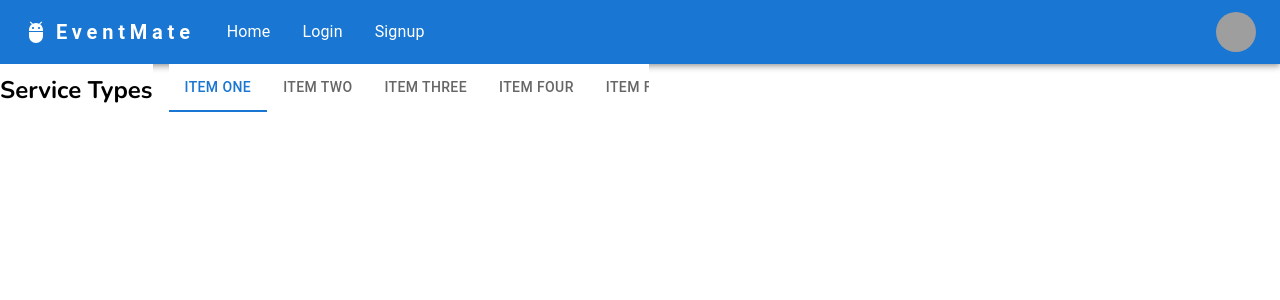
Repository: Farida-Yeasmin-Mim/EventMate_Frontend
Page: /filterpage
These files come from the project's save history. The page is drawn as it stood at one moment and after the next save; the edit follows.
The browser window is 1280 px wide. The pictures show the whole page.
Pictures or frames that could not be fetched are drawn as grey boxes. The page's requests for data from a server got no answer. The project was rebuilt for these pictures with package versions that can differ from the ones it lists, and the page was loaded fresh each time. No one was signed in, and anything a server would have sent is missing. Also part of the build but not shown: src/components/PostRequest.js, src/pages/auth/Login.js, src/components/seletionTextField/selectGender.js, src/pages/auth/Signup.js, src/components/vendor/RegVendor.js, src/components/offer.js, src/components/productcategories.js, src/components/icontabs.js and 15 more.

Above is the page before, as saved 2022-08-16 17:47:55.

After the next save:
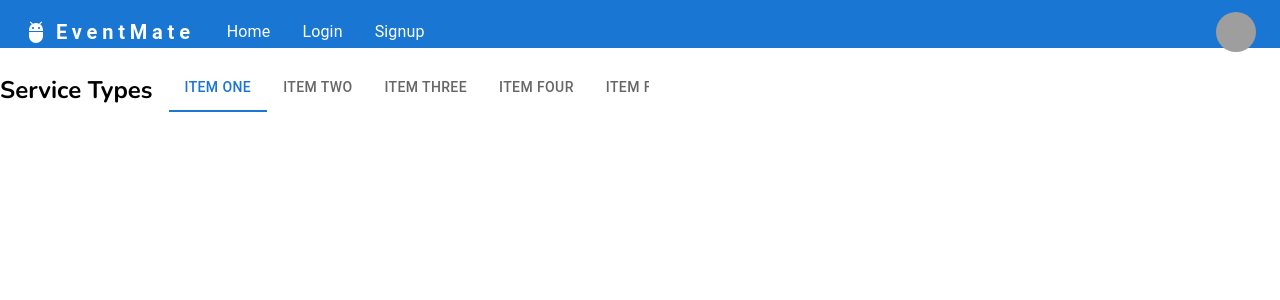
Saved 31 s later.
--- a/src/components/event/filter/FilterPage.js
+++ b/src/components/event/filter/FilterPage.js
@@ -43,7 +43,7 @@ export default function ScrollableTabsButtonAuto() {
     };
 
     return (
-        <Grid container spacing={2}>
+        <Grid container spacing={2} style={{ background: '#fff' }}>
             <Grid item>
                 <h2 style={{ color: "#000", textAlign: "center", padding: "10px 0", background: '#fff' }}>Service Types</h2>
 
